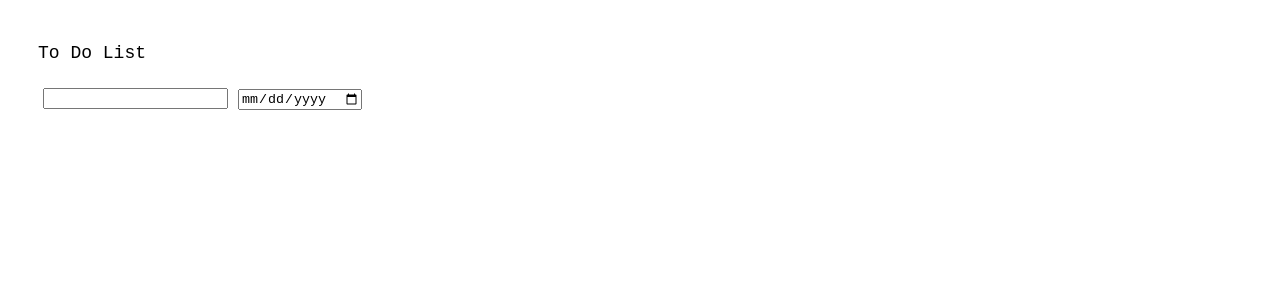
Repository: aknurkappar/nfactorial-web-advanced-todolist-homework
Page: / (app in front/toDoFront/)
These files come from the project's save history. The page is drawn as it stood at one moment and after a run of saves; the edit follows.
The browser window is 1280 px wide. The pictures show the whole page.
The page's requests for data from a server got no answer. The project was rebuilt for these pictures with package versions that can differ from the ones it lists, and the page was loaded fresh each time. No one was signed in, and anything a server would have sent is missing. Also part of the build but not shown: front/toDoFront/vite.config.ts, front/toDoFront/src/components/AddTaskComponent/index.css.

Above is the page before, as saved 2023-05-09 14:49:46.

### front/toDoFront/src/App.tsx
import './App.css'
import { Routes, Route,} from "react-router-dom";
import TaskListComponent from './components/TaskListComponent';

function App() {

  return (
    <>
      <Routes>
        <Route path="/" element={<TaskListComponent />}/>
        <Route path="/task" element={<TaskListComponent />}/>
        <Route/>
      </Routes>
    </>
  )
}

export default App

### front/toDoFront/src/index.css
:root {
  font-family: Inter, system-ui, Avenir, Helvetica, Arial, sans-serif;
  line-height: 1.5;
  font-weight: 400;
}

a {
  font-weight: 500;
  color: #646cff;
  text-decoration: inherit;
}
a:hover {
  color: #535bf2;
}

body {
  margin-top: 40px;
}

h1 {
  font-size: 3.2em;
  line-height: 1.1;
}

button {
  border-radius: 8px;
  border: 1px solid transparent;
  padding: 0.6em 1.2em;
  font-size: 1em;
  font-weight: 500;
  font-family: inherit;
  background-color: #1a1a1a;
  cursor: pointer;
  transition: border-color 0.25s;
}
button:hover {
  border-color: #646cff;
}
button:focus,
button:focus-visible {
  outline: 4px auto -webkit-focus-ring-color;
}

### front/toDoFront/src/components/TaskListComponent/index.tsx
import './index.css'
import { BASE_URL } from '../../constants'
import { useEffect, useState } from 'react';
import AddTaskComponent from '../AddTaskComponent';

function TaskListComponent() {
    const [taskList, setTaskList] = useState([] as Task[]);

    const getAllTasks = async()=>{
        let result = await fetch(
            `${BASE_URL}task`, {
                method: "get",
            })
        const data = await result.json() as Task[]
        setTaskList(data)
    }
    useEffect(() => {
        getAllTasks()
    }, [])

  return (
    <div className='main'>
        <p className='header'>To Do List</p>
      {
        taskList && taskList.map((task, index) => (
            <div key = {index}>
                <div className="to-do-item" key={index}>
                <button onClick={()=>{}}
                className="more-button"></button>
                <input type="checkbox" onChange={()=>{}} checked={task.isDone}/>
                <p className={`${task.isDone ? "done" : "todo-text"}`}>{task.title}</p>
                </div>
            </div>
        ))

        }
        <AddTaskComponent/>
    </div>
  )
}

export default TaskListComponent

### front/toDoFront/src/components/TaskListComponent/index.css
.buttons{
    display: flex;
    justify-content: space-between;
    align-items: center;
}
.menu-buttons{
    display: flex;
    flex-direction: row;
    align-items: center;
    height: 100px;
}
.menu-buttons button{
    height: 40px;
    width: 80px;
    margin-right: 20px;

    border-radius: 30px;
    border: none;
}
.modal-button{
    width: 500px;
    height: 50px;
    display: flex;
    justify-content: end;
}
.header-text{
    font-size: 25px;
    font-weight: 400;
}
.line{
    width: 100%;
    height: 2px;
    background-color: rgb(216, 216, 216);
    margin: 30px 0px;
}
.to-do-item{
    display: flex;
    flex-direction: row;
    align-items: center;
}
.to-do-item img, input{
    margin: 0px 5px;
}
.to-do-item img {
    height: 11px;
}
.to-do-item .todo-text{
    margin-left: 5px;
    text-decoration: none;
}
.to-do-item .done{
    margin-left: 5px;
    text-decoration: line-through;
    color: #b3b3b3;
}
.add-button{
    height: 50px;
    width: 50px;
    border-radius: 50px;
    border: none;
    background-color: #081e34;
    color: #fff;
    font-weight: 600;
    font-size: 40px;
    margin: 25px 20px;
}

.to-do-item .more-button{
    background-image: url(./assets/vector.png);
    background-repeat: no-repeat;
    background-size: 3px 13px;
    background-position: center;
    border: none;
    background-color: #fff;
    height: 20px;
    width: 5px;
}

.not-active{
    background-color:#F0F0F0;
}
.active{
    background-color:rgba(8, 30, 52, 0.42);
}
.trash-modal-in-trash, .trash-modal{
    background-color: rgb(216, 216, 216);
    border-radius: 5px;
    padding: 5px;
    display: flex;
    flex-direction: column;
    align-items: start;
}

.trash-modal-in-trash{
    height: 55px;
    width: 200px;
    justify-content: space-evenly;
    position: relative;
    top: 3em;
    left: -5em;
}
.trash-modal{
    height: 30px;
    width: 150px;
    justify-content: center;
    position: relative;
    top: 2em;
    left: -5em;
}
.trash-modal-in-trash .delete-forever, .trash-modal-in-trash .move-back, .trash-modal button{
    margin-left: 10px;
    width: 140px;
    border: none;
    background-color: rgb(216, 216, 216);
    color: #000;
    font-size: 12px;
    background-repeat: no-repeat;
    background-size: 10px 15px;
    padding-left: 17px;
    text-align: start;
}

.trash-modal-in-trash .delete-forever, .trash-modal button{
    background-image: url(./assets/trash.png);
}

.trash-modal-in-trash .move-back{
    background-image: url(./assets/moveBack.png);
}

.header{
    font-family: 'Courier New', Courier, monospace;
    font-size: large;
}

.main{
    margin-left: 30px;
}

### front/toDoFront/src/constants/index.tsx
export const BASE_URL = "http://localhost:4200/"

### front/toDoFront/src/components/AddTaskComponent/index.tsx
import './index.css'

function AddTaskComponent() {

  return (
    <form>
      <input type='text'/>
      <input type='date'/>
    </form>
  )
}

export default AddTaskComponent

Loaded but not shown: front/toDoFront/index.html (common file); front/toDoFront/src/main.tsx (common file); front/toDoFront/src/App.css (no stored copy; drawn as an empty file)

After the next 2 saves:
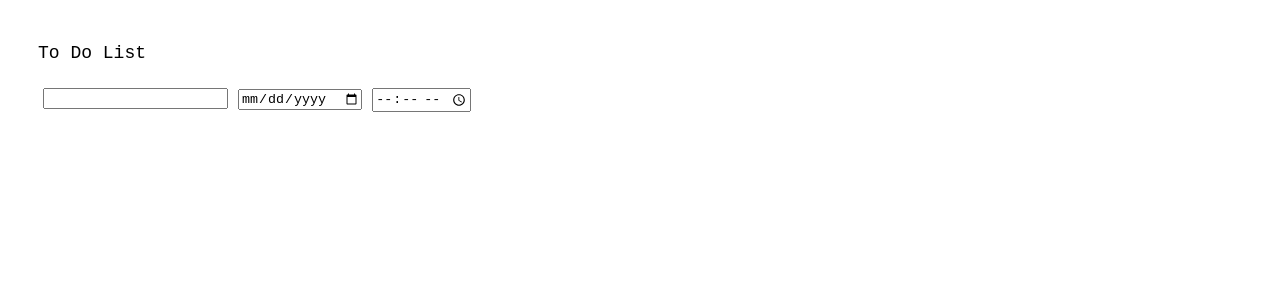
The 2 saves are shown as one change because they came seconds apart.
The last was saved 4 min 0 s later.
--- a/front/toDoFront/src/components/AddTaskComponent/index.tsx
+++ b/front/toDoFront/src/components/AddTaskComponent/index.tsx
@@ -6,6 +6,7 @@ function AddTaskComponent() {
     <form>
       <input type='text'/>
       <input type='date'/>
+      <input type='time'/>
     </form>
   )
 }
